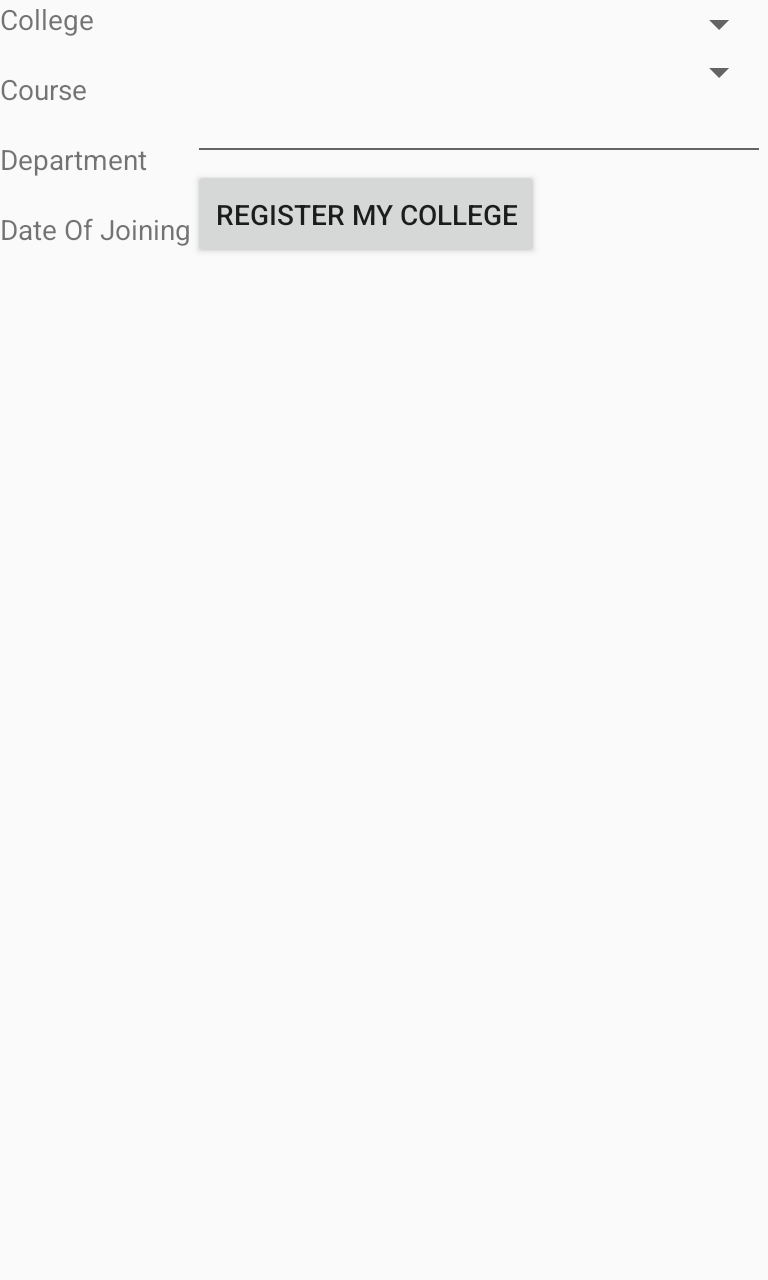
Repository: Prasannakumarb/CollegeMate
Layout: CollegeMate/CollegeMate/res/layout/activity_notification_home_screen.xml
These files come from the project's save history. The layout is drawn as it stood at one moment and after the next save; the edit follows.
It is drawn on a 768 x 1280 px phone screen (xhdpi) without system bars, with theme AppTheme; the app's code is not run.

Above is the layout before, as saved 2014-06-28 20:03:22.

### CollegeMate/CollegeMate/res/layout/activity_notification_home_screen.xml
<FrameLayout xmlns:android="http://schemas.android.com/apk/res/android"
    xmlns:tools="http://schemas.android.com/tools"
    android:id="@+id/container"
    android:layout_width="match_parent"
    android:layout_height="match_parent"
    tools:context="com.fyshadows.collegemate.RegistrationAdmin"
    tools:ignore="MergeRootFrame" >

    <LinearLayout
        android:layout_width="match_parent"
        android:layout_height="match_parent" >

        <LinearLayout
            android:layout_width="wrap_content"
            android:layout_height="match_parent"
            android:orientation="vertical" >

            <TextView
                android:id="@+id/Name"
                android:layout_width="wrap_content"
                android:layout_height="35dp"
                android:text="@string/college" />

            <TextView
                android:id="@+id/email"
                android:layout_width="wrap_content"
                android:layout_height="35dp"
                android:text="@string/course" />

            <TextView
                android:id="@+id/DOB"
                android:layout_width="wrap_content"
                android:layout_height="35dp"
                android:text="@string/dept" />

            <TextView
                android:id="@+id/sex"
                android:layout_width="wrap_content"
                android:layout_height="35dp"
                android:text="@string/yoj" />






        </LinearLayout>

        <LinearLayout
            android:layout_width="wrap_content"
            android:layout_height="match_parent"
            android:layout_weight="0.46"
            android:orientation="vertical" >


              <Spinner android:id="@+id/spincourse"
        android:layout_width="fill_parent"
        android:layout_height="wrap_content"/>

            <Spinner android:id="@+id/spindepart"
        android:layout_width="fill_parent"
        android:layout_height="wrap_content"/>



            <EditText
                android:id="@+id/editText_doj"
                android:layout_width="match_parent"
                android:layout_height="35dp"
                android:inputType="text" >
            </EditText>



            <Button
                android:id="@+id/Registeradmin"
                android:layout_width="wrap_content"
                android:layout_height="wrap_content"
                android:onClick="register"
                android:text="Register My College" />

        </LinearLayout>
    </LinearLayout>

</FrameLayout>

### CollegeMate/CollegeMate/res/values/strings.xml
<?xml version="1.0" encoding="utf-8"?>
<resources>

    <!-- App settings -->
    <string name="app_name">CollegeMate</string>
    <string name="action_settings">Settings</string>
    <string name="not_name">CollegeMate</string>

    <!-- Identification Screen -->
    <string name="Identify">Tell us your Role!</string>
    <string name="admin">ADMIN</string>
    <string name="student">STUDENT</string>

    <!-- Title -->
    <string name="Homescreen">Home</string>
    <string name="Friendlist">My Friends</string>

    <!-- Registration Screen -->
    <string name="title_activity_registration_admin">RegistrationAdmin</string>
    <string name="name">NAME</string>
    <string name="email">EMAIL</string>
    <string name="sex">SEX</string>
    <string name="dob">DOB</string>
    <string name="phone">Phone Number</string>
    <string name="Registeradmin">Continue to college details</string>
    <string name="selectPic">Select Picture</string>
    <string name="Browse">Browse</string>
    <string name="male">Male</string>
    <string name="female">Female</string>
    <string name="cityin">City In</string>

    <color name="BG">#F0EEEA</color>
    <color name="darkgrey">#C0C0C0</color>
    <color name="TopStrip">#9a4e20</color>
    <color name="acBarColor">#c1beb9</color>
    <color name="TopStripTextColor">#FFFFFF</color>
    <color name="TopStripborder">#4d4747</color>
    <color name="defaultTextColor">#302e2c</color>
    <color name="defaultButtonColor">#dddbd7</color>
    <color name="likeTextColor">#00CCFF</color>
    <color name="nonlikeTextColor">#908484</color>

    <!-- college Registration -->
    <string name="title_activity_admin_collegeregistraton">AdminCollegeregistraton</string>
    <string name="collname">College Name</string>
    <string name="collcity">College City</string>
    <string name="collegephonenumber">College Phone number</string>
    <string name="collegeemailid">College Email ID</string>
    <string name="collegewebsite">College Website</string>
    <string name="selectLogo">Select Logo</string>
    <string name="Registercollege">Register college</string>
    <string name="title_activity_admin_home">Admin Home</string>
    <string name="imagedesc">Profile Pic</string>
    <string name="drawer_open">Open</string>
    <string name="drawer_close">Close</string>
    <string name="title_activity_admin_home_screen">Admin_home_screen</string>
    <string name="hello_world">Hello world!</string>

    <!-- GCM -->

    <string name="menu_settings">Settings</string>
    <string name="title_activity_main">Push Notifications</string>
    <string name="error_config">Please set the %1$s constant and recompile the app.</string>
    <string name="already_registered">Device is already registered on server.</string>
    <string name="gcm_registered">From GCM: device successfully registered!</string>
    <string name="gcm_unregistered">From GCM: device successfully unregistered!</string>
    <string name="gcm_message">From GCM: you got message!</string>
    <string name="gcm_error">From GCM: error (%1$s).</string>
    <string name="gcm_recoverable_error">From GCM: recoverable error (%1$s).</string>
    <string name="gcm_deleted">From GCM: server deleted %1$d pending messages!</string>
    <string name="server_registering">Trying (attempt %1$d/%2$d) to register device on Demo Server.</string>
    <string name="server_registered">From Demo Server: successfully added device!</string>
    <string name="server_unregistered">From Demo Server: successfully removed device!</string>
    <string name="server_register_error">Could not register device on Demo Server after %1$d attempts.</string>
    <string name="server_unregister_error">Could not unregister device on Demo Server (%1$s).</string>
    <string name="options_register">Register</string>
    <string name="options_unregister">Unregister</string>
    <string name="options_clear">Clear</string>
    <string name="options_exit">Exit</string>
    <string name="title_activity_chat">ChatActivity</string>

    <!-- Chat activity -->
    <string name="main_empty_list">There is no recent conversation, write new message to start one.</string>

    <color name="Mytextcolor">#FFD700</color>
    <color name="Histextcolor">#7CFC00</color>
    <color name="textcolor">#000000</color>
    <color name="textFieldColor">#000</color>
    <color name="textShadow">#FFF</color>
    <color name="listViewBg">#DADFEE</color>
    <color name="sendLightColor">#8897BF</color>
    <color name="sendMeduimColor">#5D6CA5</color>
    <color name="sendDarkColor">#515F9F</color>
    <color name="barDarkColor">#CECECE</color>
    <color name="barMeduimColor">#DFDEE0</color>
    <color name="barLightColor">#F2F2F2</color>

    <string name="title_activity_message">MessageActivity</string>
    <string name="title_activity_friend_list">FriendList</string>
    <string name="title_activity_basic_home_screen">BasicHomeScreen</string>
    <string name="Welcomemsg">Welcome to CollegeMate. </string>
    <string name="quote"> We Connect people to Built FUTURE :).</string>
    <string name="Chattext"> CHAT</string>
    <string name="title_activity_friend_listview">FriendListview</string>
    <string name="title_section1">Section 1</string>
    <string name="title_section2">Section 2</string>
    <string name="title_section3">Section 3</string>
    <string name="SearchFriend">Search Friends</string>
    <string name="title_activity_registration_student">RegistrationStudent</string>
    <string name="title_activity_student_collegeregistration">StudentCollegeregistration</string>

    <!-- Chat activity -->
    <string name="college">College</string>
    <string name="course">Course</string>
    <string name="dept">Department</string>
    <string name="yoj">Date Of Joining</string>

    <!-- Discussion forum strings -->

    <string name="disc_forum">Discussion forum</string>
    <string name="disc_forum_create">Create a new discussion</string>
    <string name="disc_forum_category">Category</string>
    <string name="disc_forum_title">Title</string>
    <string name="disc_forum_description">Description</string>
    <string name="disc_forum_post">Create</string>
    <string name="disc_forum_view">View Discussions</string>
    <string name="title_activity_discussion_forum_home">DiscussionForumHome</string>
    <string name="title_activity_list_forum_topics">ListForumTopics</string>
    <string name="title_activity_forum_full_view">ForumFullView</string>
    <string name="title_activity_swipe_screen">SwipeScreen</string>
    <string name="title_activity_forum_comments_view">ForumCommentsView</string>
    <string name="swipe_for_comments">&lt;&lt; Swipe left to view comments &gt;&gt;</string>
    <string name="title_activity_notification_home_screen">NotificationHomeScreen</string>

</resources>

Loaded but not shown: CollegeMate/CollegeMate/res/values/styles.xml (common file); CollegeMate/CollegeMate/res/values-v11/styles.xml (common file); CollegeMate/CollegeMate/res/values-v14/styles.xml (common file)

After the next save:
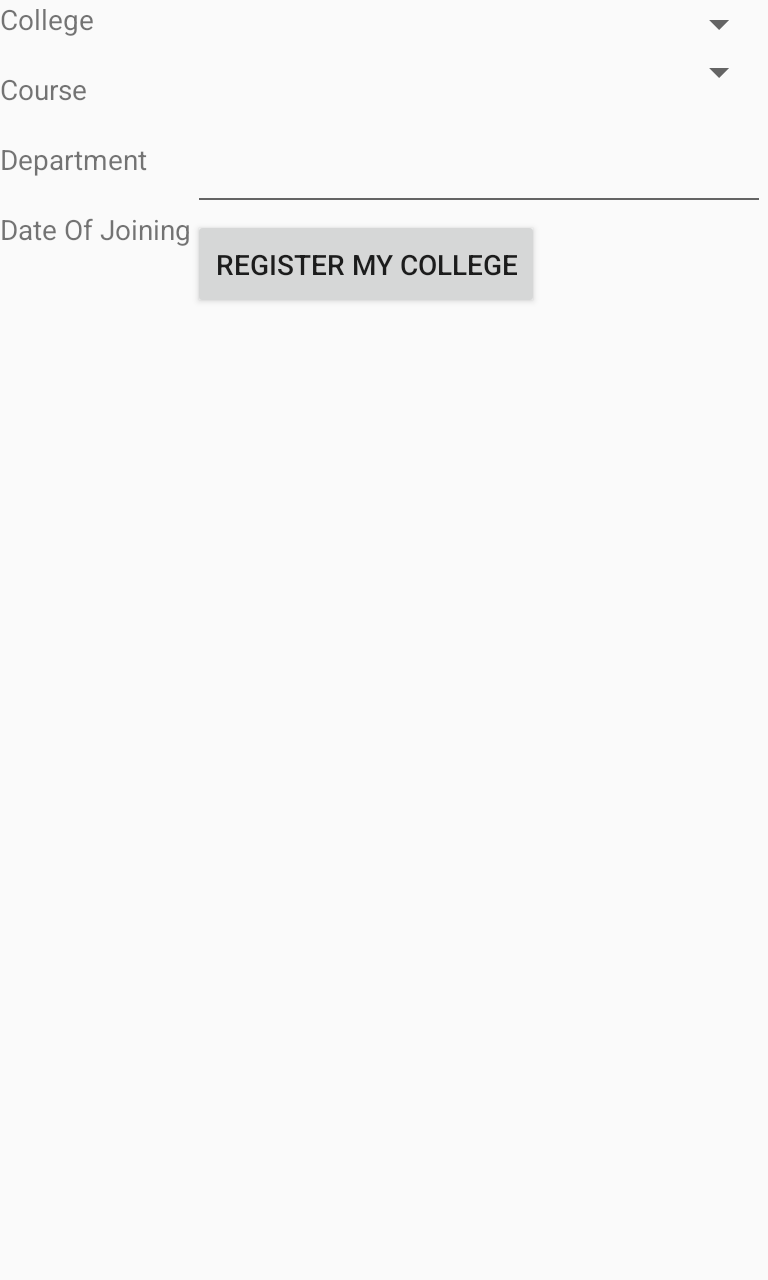
Saved 13 s later.
--- a/CollegeMate/CollegeMate/res/layout/activity_notification_home_screen.xml
+++ b/CollegeMate/CollegeMate/res/layout/activity_notification_home_screen.xml
@@ -66,7 +66,7 @@
             <EditText
                 android:id="@+id/editText_doj"
                 android:layout_width="match_parent"
-                android:layout_height="35dp"
+                android:layout_height="60dp"
                 android:inputType="text" >
             </EditText>
 
